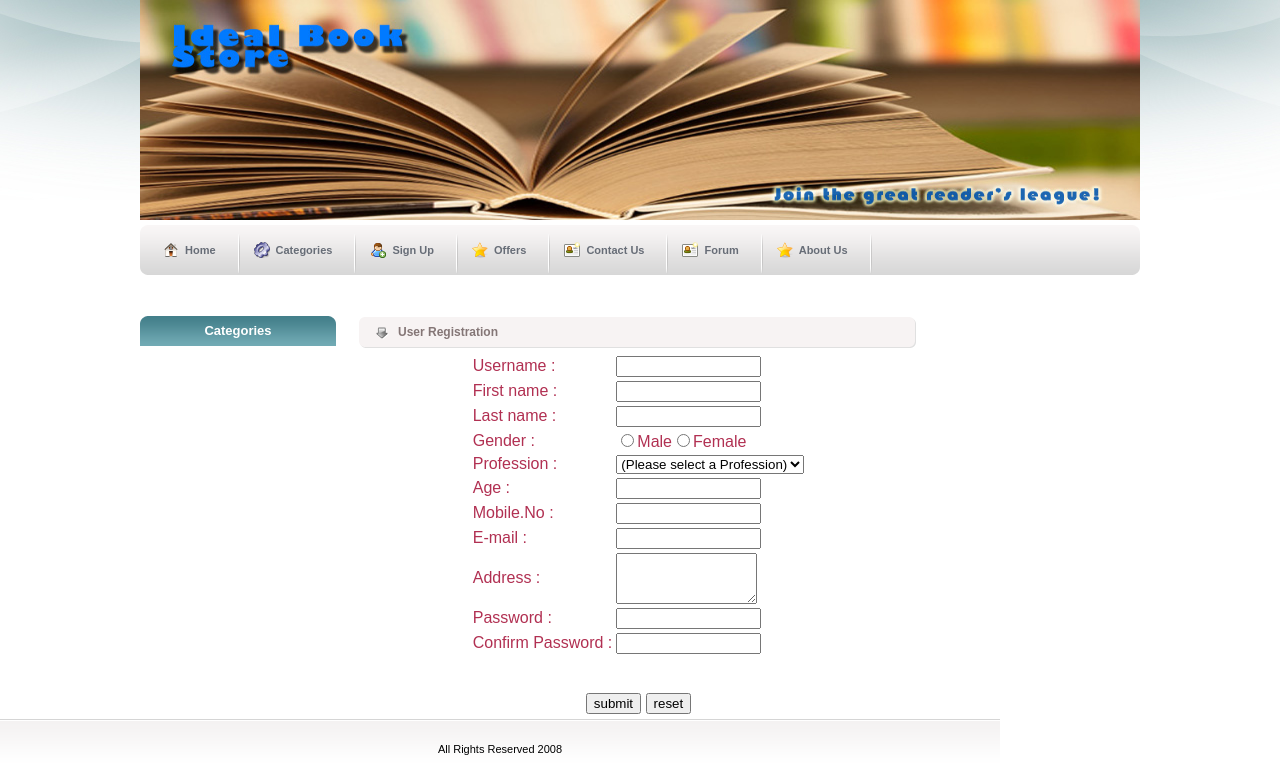
Repository: tusharjain887/Online-Book-Sales
Page: http://localhost/OnlineBook/registration.jsp
An editor plug-in stored every save of this project. The page is shown before and after the next save, followed by the edit.
The browser window is 1280 px wide. The pictures show the whole page.
The page is served by Tomcat 9. Queries for data that is not in the repository find no rows.

Above is the page before, as saved 2013-04-09 12:35:39.

### PROJECT/workspace/workspace/OnlineBook/WebContent/registration.jsp
<%@ page import="java.sql.*"%>
<%@ page import="java.io.*"%>
<%@ page import="java.util.*"%>
<%@ page import="java.lang.*"%>

<!DOCTYPE html PUBLIC "-//W3C//DTD XHTML 1.0 Transitional//EN" "http://www.w3.org/TR/xhtml1/DTD/xhtml1-transitional.dtd">
<html xmlns="http://www.w3.org/1999/xhtml">
<head>
<title>Sign Up</title>
<meta http-equiv="Content-Type" content="text/html; charset=windows-1252" />
<link rel="stylesheet" type="text/css" href="style.css" />
<!--[if IE 6]>
<link rel="stylesheet" type="text/css" href="iecss.css" />
<![endif]-->
<script type="text/javascript" src="js/boxOver.js"></script>

<script type="text/javascript">
function formValidation()
{
var username = document.myForm.username;
var name = document.myForm.name;
var age = document.myForm.age;
var phone1 = document.myForm.phone1;
var email = document.myForm.email;
var address = document.myForm.address;
var pwd = document.myForm.pwd;
var pwd1 = document.myForm.pwd1;

//username
var uid_len = username.value.length;
var alphanum = /^[0-9a-zA-Z]+$/;
if (uid_len == 0)
{
alert('Username should not be empty.');
username.focus();
return false;
}
else if ((!username.value.match(alphanum)))
{
alert('Username must have alphanumeric characters only.');
username.focus();
return false;
}

//Name
var letters = /^[A-Za-z]+$/;
if(name.value.length==0)
{
	alert('Name should not be empty');
	name.focus();
	return false;
}
else if(!name.value.match(letters))
{
	alert('Name must have alphabet characters only');
	name.focus();
	return false;
}


if ( ( myForm.gender[0].checked == false ) && ( myForm.gender[1].checked == false ))
{
alert('Please select your gender!');
return false;
}

if(document.myForm.pro.selectedIndex==0)
{
alert("Please select your profession!");
document.myForm.pro.focus();
return false;
}

var numbers = /^[0-9]+$/;
if(age.value.length==0)
{
	alert('Please enter your age!');
	age.focus();
	return false;
}
else if(!age.value.match(numbers))
{
	alert('Age must have numeric characters only.');
	age.focus();
	return false;
}
else if(age.value.length>2)
{
	alert('Age must be less than 100');
	age.focus();
	return false;
}

if(phone1.value.length==0)
{
	alert('Please enter your Mobile number!');
	phone1.focus();
	return false;
}
else if(!phone1.value.match(numbers))
{
	alert('Mobile number must have numeric characters only.');
	phone1.focus();
	return false;
}
else if(!(phone1.value.length==10))
{
	alert('Mobile number must be equal to 10');
    phone1.focus();
	return false;
}

var mailformat = /^\w+([\.-]?\w+)*@\w+([\.-]?\w+)*(\.\w{2,3})+$/;
if(email.value.length==0)
	{
	alert("Please enter your email addres!");
	email.focus();
	return false;
	}
else if(!email.value.match(mailformat))
    {
	alert("You have entered an invalid email address!");
	email.focus();
	return false;
}


if(address.value.length==0)
{
	alert('Please enter your address!');
	age.focus();
	return false;
}


var pwd_len = pwd.value.length;
if (pwd_len == 0)
{
alert("Please enter your password!");
pwd.focus();
return false;
}
else if( pwd_len > 15 || pwd_len < 5)
{
	alert("Password should be between 5 to 15");
	pwd.focus();
	return false;
}

pwd_len = pwd1.value.length;
if (pwd_len == 0)
{
alert("Please confirm your password");
pwd1.focus();
return false;
}
else if( pwd_len > 15 || pwd_len < 5)
{
	alert("Password should be between 5 to 15");
	pwd1.focus();
	return false;
}

if(pwd.value!=pwd1.value)
{
alert("Password mismatch");
pwd.focus();
return false;
}



return true;
}
</script>
</head>
<body>
<div id="main_container">

  <div id="header">

  </div>

  <div id="main_content">
    <div id="menu_tab">
      <div class="left_menu_corner"></div>
      <ul class="menu">
        <li><a href="index.jsp" class="nav1"> Home</a></li>
        <li class="divider"></li>
        <li><a href="categories.jsp" class="nav2">Categories</a></li>
        <li class="divider"></li>
        <li><a href="registration.jsp" class="nav4">Sign Up</a></li>
        <li class="divider"></li>
        <li><a href="news.jsp" class="nav3">Offers</a></li>
        <li class="divider"></li>
        <li><a href="contact.jsp" class="nav6">Contact Us</a></li>
        <li class="divider"></li>
        <li><a href="forum.jsp" class="nav6">Forum</a></li>
        <li class="divider"></li>
        <li><a href="aboutus.jsp" class="nav3">About Us</a></li>
        <li class="divider"></li>

      </ul>
      <div class="right_menu_corner"></div>
    </div>
    <!-- end of menu tab -->
</br></br></br>
    <div class="left_content">
         <div class="title_box">Categories</div>
      <ul class="left_menu">
      <%
      try{
    	  Class.forName("com.ibm.db2.jcc.DB2Driver").newInstance();
	Connection Conn8=DriverManager.getConnection("jdbc:db2://localhost:50000/BOOKS","Rakesh","Rakesh");
	PreparedStatement ps8=Conn8.prepareStatement("SELECT CAT_ID,CAT_NAME FROM CATEGORY");
	ResultSet rs8=ps8.executeQuery();
	while(rs8.next())
    {
		String name=rs8.getString(2);
 	%>
        <li class="even"><%out.println("<a href='viewcategory.jsp?cat_id="+rs8.getString(1)+"'>"+name+"</a>");%></li>
        <%
        }
        %>
      </ul>
      <%
      PreparedStatement ps9=Conn8.prepareStatement("SELECT IMAGEURL FROM ADVERTISEMENT ORDER BY AD_ID DESC LIMIT 0,3");
	ResultSet rs9=ps9.executeQuery();
	while(rs9.next())
    {
		%>
      <div class="banner_adds"><br><br><br> <%out.println("<img src='C:/Uploaded Images/"+rs9.getString(1)+"'></img>");%> </div>
      <%
      }
	ps8.close();
	ps9.close();
	Conn8.close();
      }
      catch(Exception e)
      {
    	  System.out.println(e);
      }
      %>
    </div>
    </div>
    <!-- end of left content -->
    <div class="center_content">
      <div class="center_title_bar">User Registration</div>
      <div style="font-size:16px;color:#B13052;">
      <form name="myForm" action="registration1.jsp" method="post" onsubmit="return formValidation()">
      <center>
<table>
<h3>
<tr>
<td style="margin-bottom: 5px;">Username        : </td>
<td style="margin-bottom: 5px;"><input type=text name="username" size=15></td>
</br></tr>
<tr>
<td style="margin-bottom: 5px;">First name         : </td>
<td style="margin-bottom: 5px;"><input type=text name="name" size=15></td>
</tr>
<tr>
<td style="margin-bottom: 5px;">Last name        : </td>
<td style="margin-bottom: 5px;"><input type=text name="lname" size=15></td>
</tr>
<tr>
<td style="margin-bottom: 5px;">Gender               :</td>
<td style="margin-bottom: 5px;"><input type="radio" name="gender" value="male" /><span>Male</span><input type="radio" name="gender" value="female" /><span>Female</span></td>
</tr>
<tr>
<td style="margin-bottom: 5px;">Profession        : </td>
<td style="margin-bottom: 5px;"><select name="pro">
<option selected="" value="Default">(Please select a Profession)</option>
<option value=Student>Student</option>
<option value=Business>Business</option>
<option value=Govt. Employee>Govt.Employ</option>
<option value=Pvt.Employee>Pvt.Employ</option>
</select></td>
</tr>
<tr>
<td style="margin-bottom: 5px;">Age               :</td>
<td style="margin-bottom: 5px;"><input type=text name="age"size=15></td>
</tr>
<tr>
<td style="margin-bottom: 5px;">Mobile.No         :</td>
<td style="margin-bottom: 5px;"><input type=text name="phone1" size=15></td>
</tr>
<tr>
<td style="margin-bottom: 5px;">E-mail            :</td>
<td style="margin-bottom: 5px;"><input type=text name="email" size=15></td>
</tr>
<tr>
<td style="margin-bottom: 5px;">Address          : </td>
<td style="margin-bottom: 5px;"><textarea rows=3 cols=15 name="address" size=15></textarea></td>
</tr>
<tr>
<td style="margin-bottom: 5px;">Password          : </td>
<td style="margin-bottom: 5px;"><input type=password name="pwd" size=15></td>
</tr>
<tr>
<td style="margin-bottom: 5px;">Confirm Password  : </td>
<td style="margin-bottom: 5px;"><input type=password name="pwd1" size=15></td>
</tr></h3>
</table>
<br><br>


<input type=submit value="submit">
<input type=reset value="reset">
</center>
</form>
</div>
    </div>
    <!-- end of center content -->
    <div class="right_content">
     <br><br><br>
    </div>
    <!-- end of right content -->
  </div>
  <!-- end of main content -->
  </br></br>
  <div class="footer">
    <br><br>
    <center> All Rights Reserved 2008</center>
      </div>

<!-- end of main_container -->
</body>
</html>

### PROJECT/workspace/workspace/OnlineBook/WebContent/style.css
body
{
background:url(images/bg.jpg) no-repeat #fff center top;
padding:0;
font-family:Arial, Helvetica, sans-serif;
font-size:11px;
margin:0px auto auto auto;
color:#000;
}
p{
padding:2px;
margin:0px;
}
#main_container{
width:1000px;
height:auto;
margin:auto;
padding:0px;
}
.top_bar{
width:1000px;
height:38px;
background-color:#4a4a4a;
}
.top_search{
width:370px;
height:32px;
margin:0px 20px 0 0;
_margin:0px 10px 0 0;
float:right;
background:url(images/top_search_bg.gif) no-repeat center;
}
input.search_input{
width:182px;
height:18px;
float:left;
margin:5px 0 0 0 ;
border:1px solid #dbdbdb;
border-bottom-color:#ffffff;
border-right-color:#ffffff;
}
.search_text{
float:left;
width:110px;
padding:8px 0 0 15px;
color:#999999;
}
.search_text a{
text-decoration:none;
color:#999999;
}
.search_bt{
float:left;
padding:2px 0 0 15px;
}
.languages{
float:right;
width:150px;
padding:8px 0 0 0;
}
.lang_text{
float:left;
padding:0 5px 0 0;
color:#b3adad;
}
a.lang{
display:block;
float:left;
padding:0 5px 0 5px;
}
#header{
width:1000px;
height:220px;
background:url(images/book4.jpg) no-repeat center;
background-position:0px 0px;
background-size:1000px 220px;
margin=0;
}
.logout{
	float:right;
	font-size:14px;
	color: green;
	font-weight: bold;
}
.logout a,.logout a:hover {
	color: B13052;
}

}
#logo{
padding:15px;
}
#templatemo_header {
	clear: both;
	width: 1000px;
	height: 200px;
	padding: 0;
	margin: 0;
	background: url(images/templatemo_header_bg.jpg) no-repeat;
}

#templatemo_header a,a:hover {
	color: #000;
}

#templatemo_header #templatemo_special_offers {
	float: left;
	font-size: 14px;
	margin-top: 95px;
	margin-left: 490px;
	width: 180px;
}

#templatemo_special_offers a {
	font-size: 12px;
}

#templatemo_special_offers  p {
	margin: 0 0 20px 0;
}
#templatemo_special_offers p span {
	font-size: 18px;
}

#templatemo_header #templatemo_new_books {
	float: left;
	margin-top: 90px;
	margin-left: 55px;
	width: 180px;
}

#templatemo_new_books ul {
	 margin: 0 0 10px 0;
	 padding: 0 0 0 20px;
}

#templatemo_new_books li {
	 margin: 0;
	 padding: 0;
}

/*------------------------------oferte_content-----------------------*/
.oferte_content{
width:600px;
height:264px;
float:left;
padding:0 0 0 50px;
}
.top_divider{
float:left;
width:1px;
height:164px;
}
.oferta{
width:538px;
float:left;
padding:15px 30px 0 30px;
}
.oferta_img{
float:left;
padding:0 0 10px 0;
}
.oferta_title{
font-size:15px;
color:#b72c24;
font-weight:bold;
}
.oferta_details{
width:400px;
float:left;
padding:0 0 0 30px;
}
.oferta_text{
padding:5px 0 5px 0;
font-size:12px;
color:#FFFFFF;
text-align:justify;
line-height:15px;
}
a.details{
width:83px;
height:21px;
display:block;
float:right;
margin:5px 0 0 0;
padding-left:5px;
background:url(images/details_bt_bg.gif) no-repeat center;
text-align:center;
line-height:21px;
text-decoration:none;
color:#000000;
}
/*---------------------oferta_pagination-----------------------------*/

div.oferta_pagination {
clear:both;
padding:10px 0 0 0;
_padding:0px 0 0 0;
margin:5px;
text-align:center;
float:left;
font-size:10px;
}

div.oferta_pagination a {
width:22px;
height:22px;
display:block;
float:left;
margin:0 0 0 5px;
_margin:0 0 0 3px;
line-height:23px;
text-align:center;
background:url(images/pag_bg.gif) no-repeat center;
text-decoration:none;
color:#9d8b8b;
}
div.oferta_pagination a:hover, div.pagination a:active {
width:22px;
height:22px;
display:block;
float:left;
line-height:23px;
text-align:center;
background:url(images/pag_bg_a.gif) no-repeat center;
text-decoration:none;
color:#ad1614;
}
div.oferta_pagination span.current {
width:22px;
height:22px;
display:block;
float:left;
line-height:23px;
text-align:center;
background:url(images/pag_bg_a.gif) no-repeat center;
text-decoration:none;
color:#ad1614;
}
#main_content{
clear:both;
}
/*---------------- menu tab----------------------*/
#menu_tab{
width:1000px;
height:50px;
background-color:#fff;
margin-top:5px;
}
.left_menu_corner{
width:9px;
height:50px;
float:left;
background:url(images/menu_left.gif) no-repeat center;
}
.right_menu_corner{
width:9px;
height:50px;
float:left;
background:url(images/menu_right.gif) no-repeat center;
}
ul.menu {
list-style-type:none; float:left; display:block; width:982px;
margin:0px; padding:0px;background:url(images/menu_bg.gif) repeat-x;}

ul.menu li {
display:inline;
font-size:11px;
font-weight:bold;
line-height:50px;
}
ul.menu li.divider {
display:inline;
width:2px;
height:50px;
float:left;
background:url(images/menu_divider.gif) no-repeat center;
}

a.nav1:link, a.nav1:visited {
display:block; float:left; padding:0px 8px 0px 22px; margin:0 14px 0 14px;height:50px;text-decoration:none; background:url(images/home.png) no-repeat left; color:#676d77;}
a.nav2:link, a.nav2:visited {
display:block; float:left; padding:0px 8px 0px 22px; margin:0 14px 0 14px;height:50px;text-decoration:none; background:url(images/services.png) no-repeat left; color:#676d77;}
a.nav3:link, a.nav3:visited {
display:block; float:left; padding:0px 8px 0px 22px; margin:0 14px 0 14px;height:50px;text-decoration:none; background:url(images/favs.png) no-repeat left; color:#676d77;}
a.nav4:link, a.nav4:visited {
display:block; float:left; padding:0px 8px 0px 22px; margin:0 14px 0 14px;height:50px;text-decoration:none; background:url(images/user_add.png) no-repeat left; color:#676d77;}
a.nav5:link, a.nav5:visited {
display:block; float:left; padding:0px 8px 0px 22px; margin:0 14px 0 14px;height:50px;text-decoration:none; background:url(images/car.png) no-repeat left; color:#676d77;}
a.nav6:link, a.nav6:visited {
display:block; float:left; padding:0px 8px 0px 22px; margin:0 14px 0 14px;height:50px;text-decoration:none; background:url(images/contact-new.png) no-repeat left; color:#676d77;}

a.nav1:hover, a.nav2:hover, a.nav3:hover, a.nav4:hover, a.nav5:hover, a.nav6:hover {
color:#333333;}


li.currencies{
width:180px;
float:left;
padding:0 0 0 15px;
_padding:12px 0 0 15px;
color:#676d77;
font-size:11px;
font-weight:bold;
}
/*----------------crumb_navigation-------------*/
.crumb_navigation{
width:980px;
height:15px;
padding:5px 10px 0 20px;
color:#333333;
background:url(images/navbullet.png) no-repeat left;
background-position:5px 6px;
}
.crumb_navigation a{
color:#0fa0dd;
text-decoration:underline;
}
span.current{
color:#0fa0dd;
}

/*-------------left_content------------------*/
.left_content{
width:196px;
float:left;
}
.title_box{
width:196px;
height:30px;
margin:5px 0 0 0;
background:url(images/menu_title_bg.gif) no-repeat center;
text-align:center;
font-size:13px;
font-weight:bold;
color:#fff;
line-height:30px;
}
/*--------left menu---------*/
ul.left_menu{
width:196px;
padding:0px;
margin:0px;
list-style:none;
}
ul.left_menu li{
margin:0px;
list-style:none;
}
ul.left_menu li.odd a{
width:166px;height:25px;display:block;background:url(images/checked.png) no-repeat left #dad0d0; background-position:5px 5px;border-bottom:1px #FFFFFF solid;
text-decoration:none;color:#504b4b;padding:0 0 0 30px; line-height:25px;
}
ul.left_menu li.even a{
width:166px;height:25px;display:block;background:url(images/checked.png) no-repeat left #eee6e6;background-position:5px 5px;border-bottom:1px #FFFFFF solid;
text-decoration:none;color:#504b4b;padding:0 0 0 30px; line-height:25px;
}
ul.left_menu li.even a:hover, ul.left_menu li.odd a:hover{
background:url(images/checked.png) no-repeat left #7bbcc7; color:#FFFFFF;background-position:5px 5px;
}

.border_box{
width:194px;
height:auto;
text-align:center;
border:1px #6da6b1 solid;
}
.product_title{
color:#ea2222;
padding:5px 0 5px 0;
font-weight:bold;
}
.product_title a{
text-decoration:none;
color:#ea2222;
padding:5px 0 5px 0;
font-weight:bold;
}
.product_title a:hover{
color:#064E5A;
}
.product_img{
padding:5px 0 5px 0;
}
.prod_price{
padding:5px 0 5px 0;
}
span.reduce{
color:#ea2222;
text-decoration:line-through;
}
span.price{
color:#ea2222;
}
/*----------newsletter--------------*/
input.newsletter_input{
width:160px;
height:16px;
border:1px #ddd9d9 solid;
margin:10px 0 5px 0;
font-size:12px;
padding:3px;
color:#999999;
}
a.join{
width:17px;
display:block;
margin:5px 0 5px 140px;
_margin:5px 0 5px 130px;
background:url(images/blue-add.png) no-repeat left;
padding:0 0 0 20px;
text-decoration:none;
color:#1c4a52;
}
.banner_adds{
width:194px;
text-align:center;
padding:10px 0 10px 0;
}

/*center content--------------------------*/
.center_content{
width:585px;
float:left;
padding:5px 10px;
}
.center_title_bar{
width:520px;
height:33px;
float:left;
padding:0 0 0 40px;
margin:0 0 0 12px;
_margin:0 0 0 6px;
line-height:33px;
font-size:12px;
color:#847676;
font-weight:bold;
background:url(images/bar_bg.gif) no-repeat center;
}

/*----------------------right content--------------*/
.right_content{
width:196px;
float:left;
padding:5px 0 0 0;
}
.shopping_cart{
width:195px;
height:84px;
text-align:center;
background:url(images/cart_bg.gif) no-repeat center;
}
.cart_title{
font-size:12px;
font-size:12px;
color:#847676;
font-weight:bold;
padding:8px 0 0 0;
}
.cart_details{
width:115px;
float:left;
padding:5px 0 0 15px;
text-align:left;
}
.cart_icon{
float:left;
padding:5px 0 0 5px;
}
span.border_cart{
width:100px;
height:1px;
margin:3px 0 3px 0;
display:block;
border-top:1px #999999 dashed;
}
/*---------prod_box----------*/
.prod_box{
width:173px;
height:auto;
float:left;
padding:10px 10px 10px 11px;
}
.top_prod_box{
width:173px;height:12px;background:url(images/product_box_top.gif) no-repeat center bottom;float:left; padding:0px; margin:0px;
}
.bottom_prod_box{
width:173px;height:10px;background:url(images/product_box_bottom.gif) no-repeat center top;float:left;padding:0px; margin:0px;
}
.center_prod_box{
width:173px;height: auto;background:url(images/product_box_center.gif) repeat-y;float:left; text-align:center;padding:0px; margin:0px;
}
.prod_details_tab{
width:173px;
height:31px;
float:left;
background:url(images/products_details_bg.gif) no-repeat center;
margin:3px 0 0 0;
}
img.left_bt{
float:left;
padding:6px 0 0 6px;
}
a.prod_details{
width:25px;
display:block;
float:left;
background:url(images/square-blue-add.gif) no-repeat left;
padding:0 0 0 20px;
margin:7px 0 0 38px;
_margin:6px 0 0 35px;
text-decoration:none;
color:#0fa0dd;
}
/*---------prod_box_big----------*/
.prod_box_big{
width:554px;
height:auto;
float:left;
padding:10px 10px 10px 15px;
}
.top_prod_box_big{
width:554px;height:12px;background:url(images/details_box_top.gif) no-repeat center bottom;float:left; padding:0px; margin:0px;
}
.bottom_prod_box_big{
width:554px;height:12px;background:url(images/details_box_bottom.gif) no-repeat center top;float:left;padding:0px; margin:0px;
}
.center_prod_box_big{
width:554px;height: auto;background:url(images/details_box_center.gif) repeat-y;float:left; text-align:center;padding:0px; margin:0px;
}
.product_img_big{
width:170px;
padding:5px 0 5px 10px;
float:left;
}
.details_big_box{
width:345px;
float:left;
padding:0 0 0 15px;
text-align:left;
}
.product_title_big{
color:#ea2222;
padding:5px 0 5px 0;
font-weight:bold;
font-size:14px;
}
.specifications{
font-size:12px;
font-weight:bold;
line-height:18px;
}
.thumbs{
padding:8px 5px 8px 5px;
border:1px #DFD1D1 solid;
margin:3px 0 0 0;
}
.thumbs a{
padding:3px;
}
.prod_price_big{
padding:5px 0 5px 0;
font-size:16px;
}
span.reduce{
color:#ea2222;

}
span.price{
color:#ea2222;
}
a.addtocart{
width:76px;
height:27px;
display:block;
float:left;
background:url(images/addtocart.gif) no-repeat left;
padding:0 0 0 33px;
text-decoration:none;
line-height:27px;
color:#1c4a52;
}
a.compare{
width:76px;
height:27px;
display:block;
float:left;
margin:0 0 0 10px;
background:url(images/compare.gif) no-repeat left;
padding:0 0 0 33px;
text-decoration:none;
line-height:27px;
color:#1c4a52;
}
span.blue{
color:#5F9FAB;
}
/*---------------contact_form------------------*/
.contact_form{
width:355px;
float:left;
padding:0px 0 0 75px;
}
.form_row{
width:335px;
clear:both;
padding:10px 0 10px 0;
_padding:5px 0 5px 0;
color:#a53d17;
}
label.contact{
width:75px;
float:left;
font-size:12px;
text-align:right;
padding:4px 5px 0 0;
color: #333333;
}
input.contact_input{
width:253px;
height:18px;
background-color:#fff;
color:#999999;
border:1px #DFDFDF solid;
float:left;
}
textarea.contact_textarea{
width:253px;
height:50px;
font-family:Arial, Helvetica, sans-serif;
font-size:12px;
color: #999999;
background-color:#fff;
border:1px #DFDFDF solid;
float:left;
}
a.contact{
width:99px;
height:27px;
display:block;
float:right;
margin:0 0 0 10px;
background:url(images/contact_bt.gif) no-repeat left;
padding:0 0 0 10px;
text-decoration:none;
line-height:27px;
color:#1c4a52;
}
/*--------------footer----------------*/
.footer{
width:1000px;
clear:both;
height:65px;
background:url(images/footer_bg.gif) repeat-x top;
}
.left_footer{
float:left;
width:300px;
padding:5px 0 0 10px;
}
.right_footer{
float:right;
padding:15px 30px 0 0;
}
.right_footer a{
padding:0 0 0 7px;
text-decoration:none;
color: #666666;
}
.right_footer a:hover{
text-decoration:underline;
}

.center_footer{
float:left;
width:200px;
text-align:center;
color:#666666;
padding:10px 0 0 60px;
}

Loaded but not shown: PROJECT/workspace/workspace/OnlineBook/WebContent/js/boxOver.js (369 lines, source omitted)

After the next save:
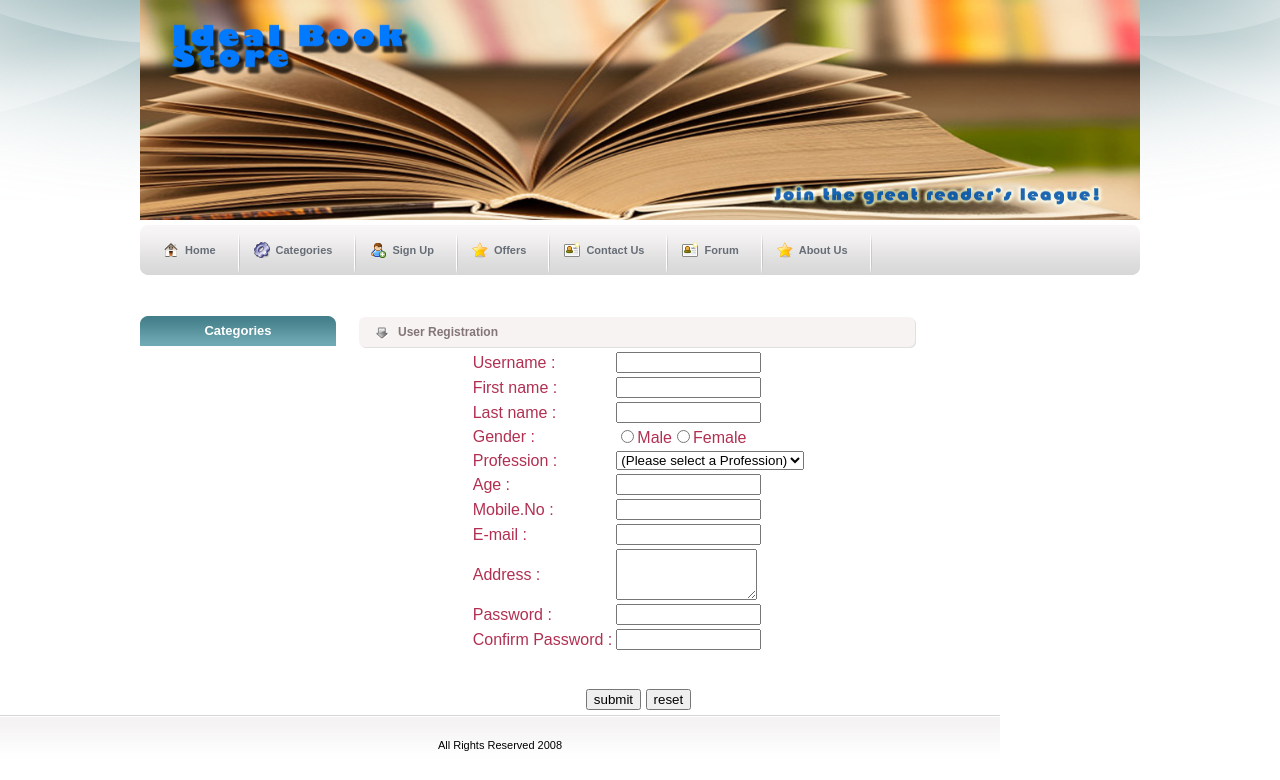
Saved 22 s later.
--- a/PROJECT/workspace/workspace/OnlineBook/WebContent/registration.jsp
+++ b/PROJECT/workspace/workspace/OnlineBook/WebContent/registration.jsp
@@ -254,7 +254,7 @@ return true;
 <tr>
 <td style="margin-bottom: 5px;">Username        : </td>
 <td style="margin-bottom: 5px;"><input type=text name="username" size=15></td>
-</br></tr>
+</tr>
 <tr>
 <td style="margin-bottom: 5px;">First name         : </td>
 <td style="margin-bottom: 5px;"><input type=text name="name" size=15></td>
